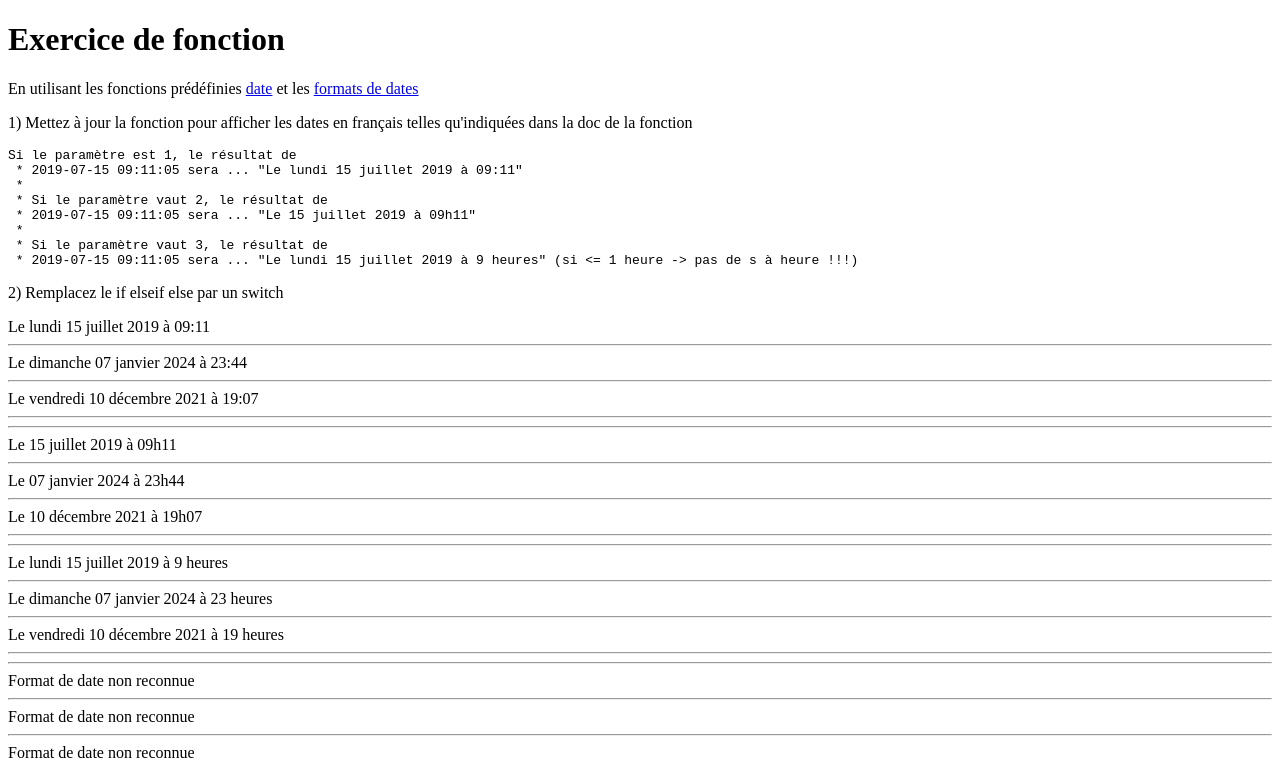
Repository: WebDevCF2m2021/base-php-2021
Page: http://localhost/20-dates-en-francais.php
These files come from the project's save history. The page is drawn as it stood at one moment and after the next save; the edit follows.
The browser window is 1280 px wide. The pictures show the whole page.
The page is run by PHP 8.4 with error messages shown; the project is at /var/www/html/.

Above is the page before, as saved 2021-09-20 18:35:16.

### 20-dates-en-francais.php
<?php

/**
 * frenchDate
 *
 * Permet de transformer une date au format datetime (en français YYYY-MM-JJ HH:MM:SS - en date("Y-m-d H:i/s"))
 *
 * Si le paramètre est 1, le résultat de
 * 2019-07-15 09:11:05 sera ... "Le lundi 15 juillet 2019 à 09:11"
 *
 * Si le paramètre vaut 2, le résultat de
 * 2019-07-15 09:11:05 sera ... "Le 15 juillet 2019 à 09h11"
 *
 * Si le paramètre vaut 3, le résultat de
 * 2019-07-15 09:11:05 sera ... "Le lundi 15 juillet 2019 à 9 heures" (si <= 1 heure -> pas de s à heure !!!)
 *
 * @param  String $date
 * @return String
 */
function frenchDate($date,$format=1){

    // sortie
    $out="";

    // Les jours en français
    $joursTab = ["dimanche","lundi","mardi","mercredi","jeudi","vendredi","samedi"];

    // Les mois en français, on le fait commencer à 1, car l'expression "n" de date nous donne les mois de 1 (janvier) à 12 (décembre)
    $moisTab = [1=>"janvier","février","mars","avril","mai","juin","juillet","août","septembre","octobre","novembre","décembre"];

    // transformation de la date en Timestamp (secondes depuis le 1/1/1970 )
    $date = strtotime($date);
    // A transformer en switch
    if($format===1){
        $out.="Le "
                .$joursTab[date("w",$date)]." " // jour de la semaine en français
                .date("d",$date)." " // chiffre du jour
                .$moisTab[date("n",$date)]." " // mois en français
                .date("Y à H:i",$date); // année / heures / minutes
    }elseif($format===2){
        $out.="Le "
        .date("d",$date)." " // chiffre du jour
        .$moisTab[date("n",$date)]." " // mois en français
        .date("Y à H\hi",$date); // année / heures / minutes
    }elseif($format===3){
        $out.="Le "
        .$joursTab[date("w",$date)]." " // jour de la semaine en français
        .date("d",$date)." " // chiffre du jour
        .$moisTab[date("n",$date)]." " // mois en français
        .date("Y",$date); // année / heures / minutes
        if(intval(date("H",$date))>1){
            $out.=date(" à G",$date)." heures";
        }else{
            $out.=date(" à G",$date)." heure";
        }
/*         if(date("Y",$date)){}else{} */
    }else{
         return "Format de date non reconnue";
    }
    return $out;
}

// date en datetime
$date1 = "2019-07-15 09:11:05";
$date2 = "2024-01-07 23:44:17";
$date3 = "2021-12-10 19:07:17";


?>
<!DOCTYPE html>
<html lang="en">
<head>
    <meta charset="UTF-8">
    <meta http-equiv="X-UA-Compatible" content="IE=edge">
    <meta name="viewport" content="width=device-width, initial-scale=1.0">
    <title>Exercice</title>
</head>
<body>
    <h1>Exercice de fonction</h1>
    <p>En utilisant les fonctions prédéfinies <a href="https://www.php.net/manual/fr/function.date.php" target="_blank">date</a> et les <a href="https://www.php.net/manual/fr/datetime.format.php" target="_blank" rel="noopener noreferrer">formats de dates</a>   </p>
    <p>1) Mettez à jour la fonction pour afficher les dates en français telles qu'indiquées dans la doc de la fonction</p>
    <pre>Si le paramètre est 1, le résultat de
 * 2019-07-15 09:11:05 sera ... "Le lundi 15 juillet 2019 à 09:11"
 *
 * Si le paramètre vaut 2, le résultat de
 * 2019-07-15 09:11:05 sera ... "Le 15 juillet 2019 à 09h11"
 *
 * Si le paramètre vaut 3, le résultat de
 * 2019-07-15 09:11:05 sera ... "Le lundi 15 juillet 2019 à 9 heures" (si <= 1 heure -> pas de s à heure !!!)</pre>
    <p>2) Remplacez le if elseif else par un switch</p>
   <?php
   echo frenchDate($date1);
   echo "<hr>";
   echo frenchDate($date2);
   echo "<hr>";
   echo frenchDate($date3);
   echo "<hr><hr>";
   echo frenchDate($date1,2);
   echo "<hr>";
   echo frenchDate($date2,2);
   echo "<hr>";
   echo frenchDate($date3,2);
   echo "<hr><hr>";
   echo frenchDate($date1,3);
   echo "<hr>";
   echo frenchDate($date2,3);
   echo "<hr>";
   echo frenchDate($date3,3);
   echo "<hr><hr>";
   echo frenchDate($date1,4);
   echo "<hr>";
   echo frenchDate($date2,4);
   echo "<hr>";
   echo frenchDate($date3,4);
   ?>
</body>
</html>

After the next save:
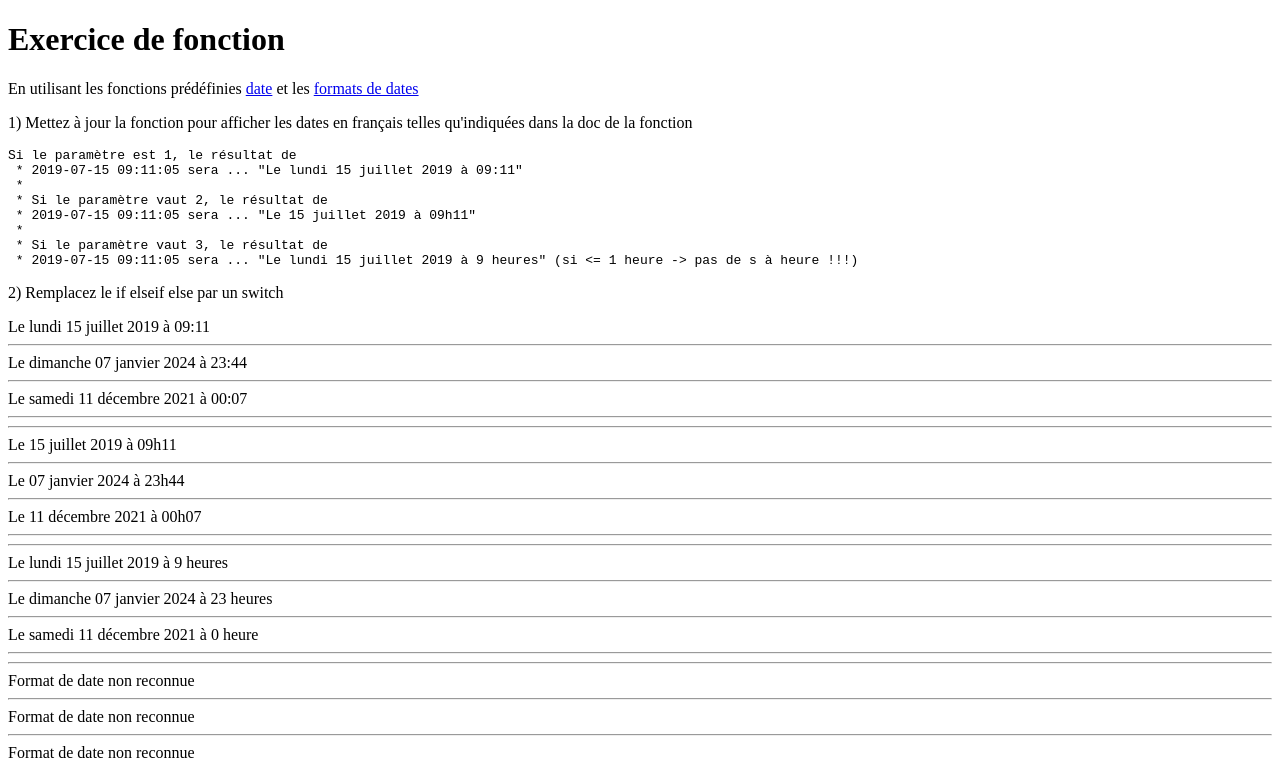
Saved 19 s later.
--- a/20-dates-en-francais.php
+++ b/20-dates-en-francais.php
@@ -63,7 +63,7 @@ function frenchDate($date,$format=1){
 // date en datetime
 $date1 = "2019-07-15 09:11:05";
 $date2 = "2024-01-07 23:44:17";
-$date3 = "2021-12-10 19:07:17";
+$date3 = "2021-12-10 24:07:17";
 
 
 ?>
